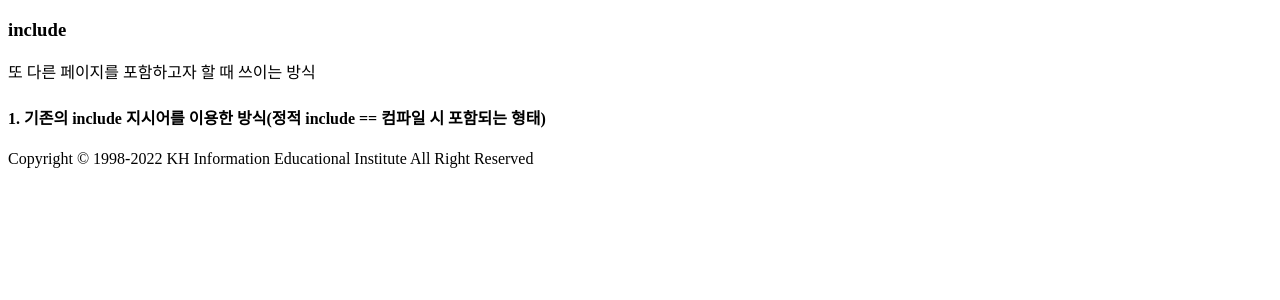
Repository: DonghwanSon1/ajax-jsp-study
Page: http://localhost/ActionProject/views/2_StandardAction/01_include.jsp
These files come from the project's save history. The page is drawn as it stood at one moment and after the next save; the edit follows.
The browser window is 1280 px wide. The pictures show the whole page.
The page is served by Tomcat 9.

Above is the page before, as saved 2022-07-12 05:15:52.

After the next save:
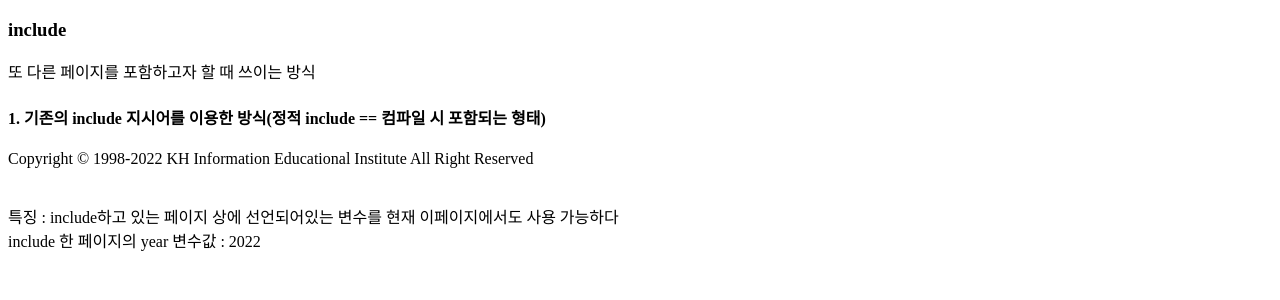
Saved 4 min 29 s later.
--- a/ActionProject/WebContent/views/2_StandardAction/01_include.jsp
+++ b/ActionProject/WebContent/views/2_StandardAction/01_include.jsp
@@ -21,7 +21,9 @@
 
 	<br><br>
 
+	특징 : include하고 있는 페이지 상에 선언되어있는 변수를 현재 이페이지에서도 사용 가능하다 <br>
 
+	include 한 페이지의 year 변수값 : <%= year %> <br><br>
 
 
 
